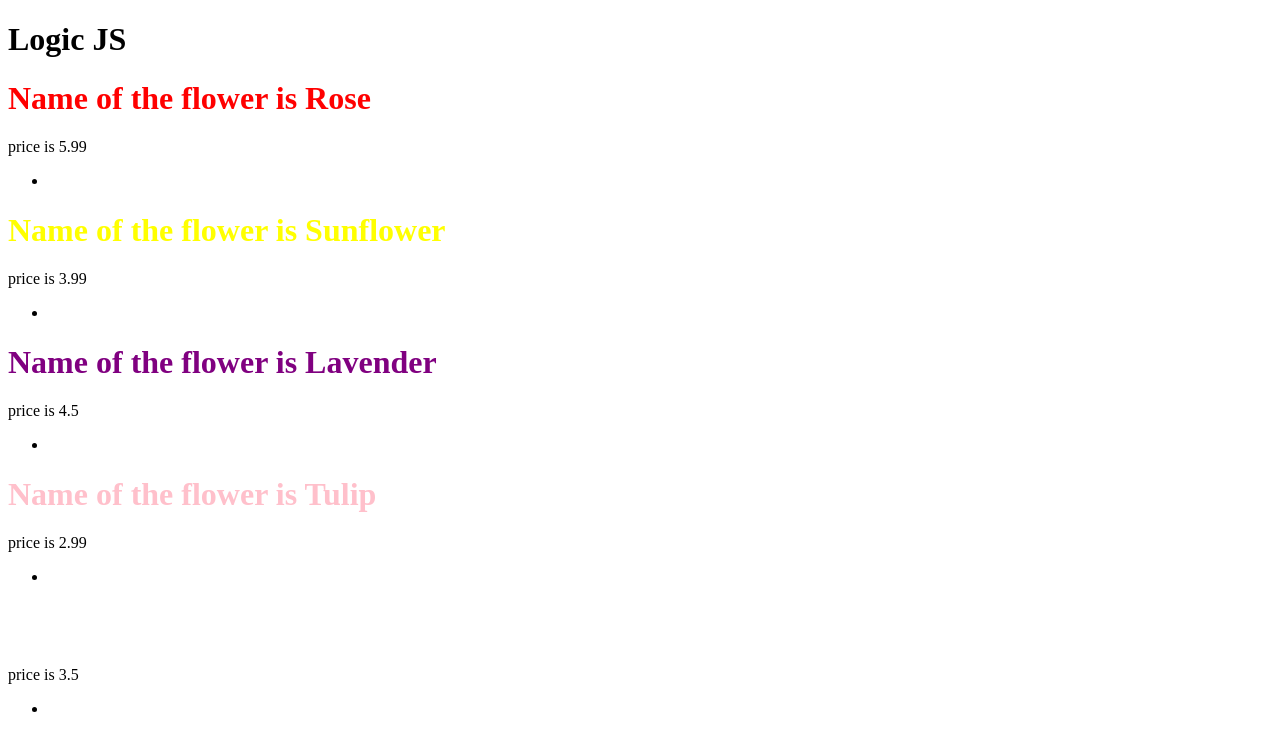
Repository: SharonSebastian32/food-search-filter-
Page: index.html
An editor plug-in stored every save of this project. The page is shown before and after a run of saves, followed by the edit.
The browser window is 1280 px wide. The pictures show the whole page.

Above is the page before, as saved 2024-10-11 10:23:03.

### index.html
<!DOCTYPE html>
<html lang="en">
  <head>
    <meta charset="UTF-8" />
    <meta name="viewport" content="width=device-width, initial-scale=1.0" />
    <title>Document</title>
  </head>
  <body>
    <h1>Logic JS</h1>

     <div id="flowerDiv"></div>

    <script src="./index.js"></script>
  </body>
</html>

### index.js
var flowers = [
  { name: "Rose", color: "Red", type: "Perennial", price: 5.99 },
  { name: "Sunflower", color: "Yellow", type: "Annual", price: 3.99 },
  { name: "Lavender", color: "Purple", type: "Perennial", price: 4.5 },
  { name: "Tulip", color: "Pink", type: "Perennial", price: 2.99 },
  { name: "Daisy", color: "White", type: "Perennial", price: 3.5 },
];

const flowerContainer = document.getElementById("flowerDiv");
let clutter = "";

flowers.forEach(function (flv) {
  clutter += `<h1 style="color:${flv.color}">Name of the flower is ${flv.name}</h1>
  <p>price is ${flv.price}</p>
  <ul>
   <li></li>
  </ul>
  `;
});

flowerContainer.innerHTML = clutter;

After the next 2 saves:
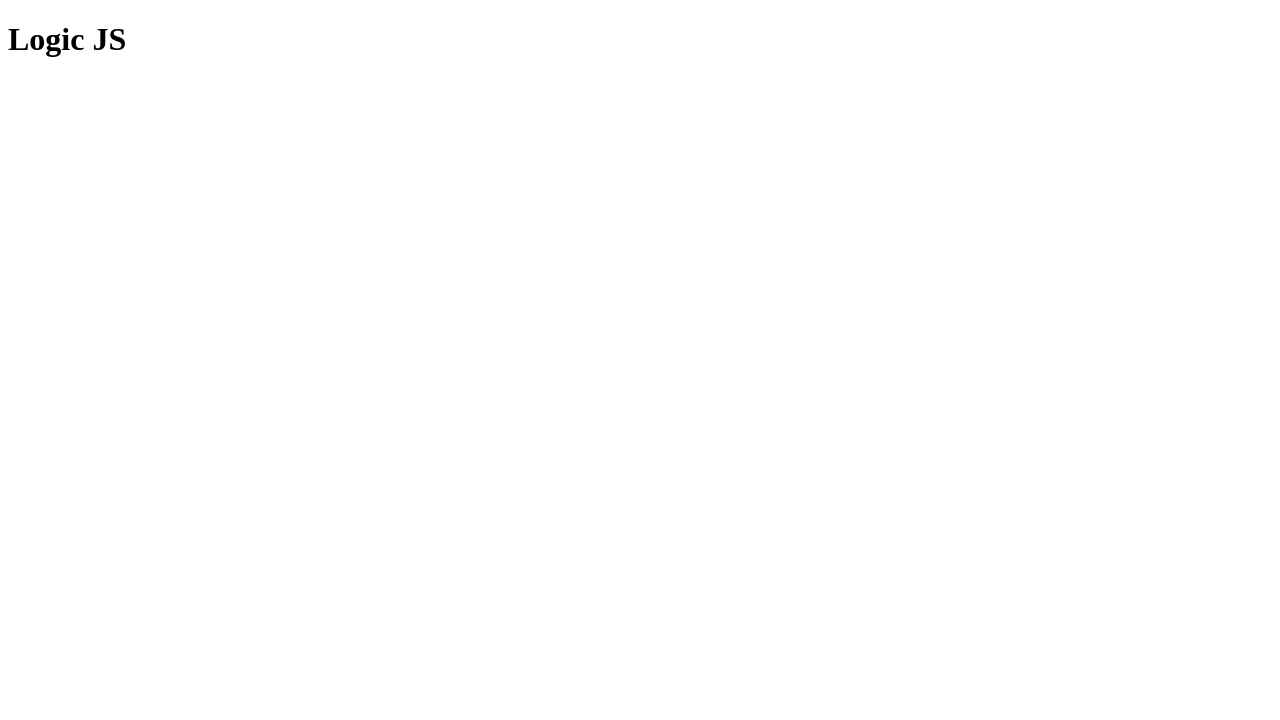
Console error: SyntaxError: Unexpected token '}'
The 2 saves are shown as one change because they came seconds apart.
The last was saved 5 s later.
--- a/index.js
+++ b/index.js
@@ -13,7 +13,7 @@
   clutter += `<h1 style="color:${flv.color}">Name of the flower is ${flv.name}</h1>
   <p>price is ${flv.price}</p>
   <ul>
-   <li></li>
+   <li>${}</li>
   </ul>
   `;
 });

After the save that followed:
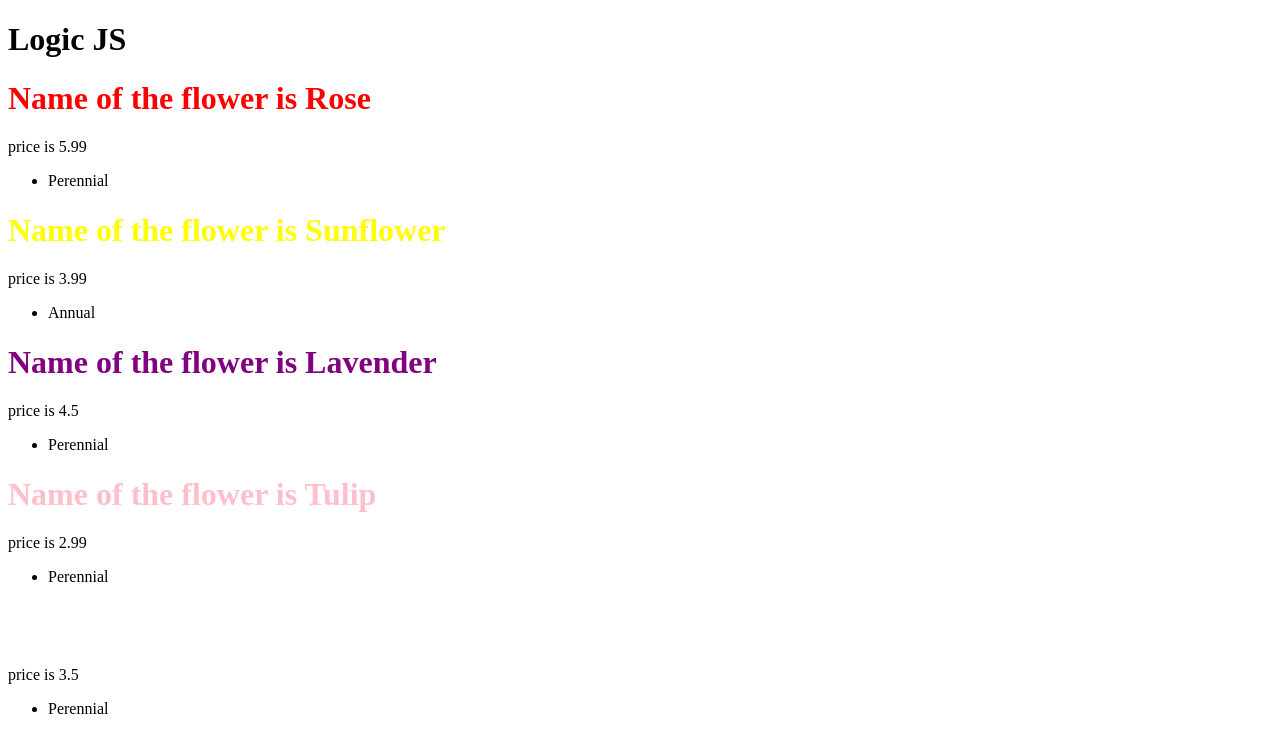
The error is gone.
Saved 6 s later.
--- a/index.js
+++ b/index.js
@@ -13,7 +13,7 @@
   clutter += `<h1 style="color:${flv.color}">Name of the flower is ${flv.name}</h1>
   <p>price is ${flv.price}</p>
   <ul>
-   <li>${}</li>
+   <li>${flv.type}</li>
   </ul>
   `;
 });
